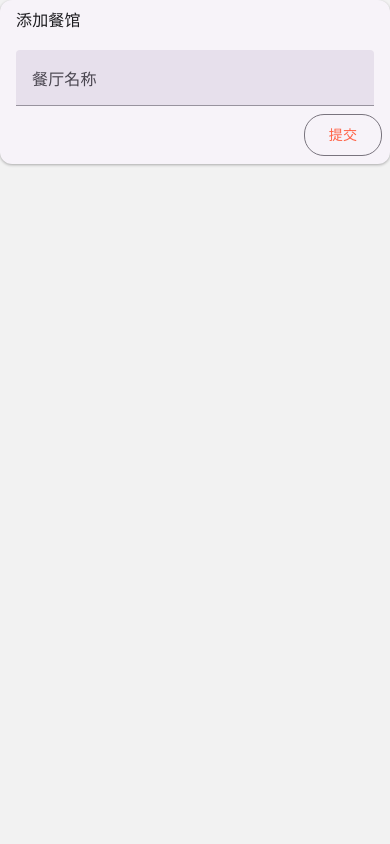
Repository: RidenShogunei/react-native-liveapp
Screen: /Add (app in LiveTool/)
These files come from the project's save history. The screen is drawn as it stood at one moment and after the next save; the edit follows.
The page's requests for data from a server got no answer. The app was drawn by React Native's web renderer in a window 390 px wide. The project was rebuilt for these pictures with package versions that can differ from the ones it lists, and the page was loaded fresh each time. No one was signed in, and anything a server would have sent is missing. Also part of the build but not shown: LiveTool/pages/chooseRestaurant.tsx.

Above is the screen before, as saved 2024-05-12 15:38:02.

### LiveTool/App.tsx
import React from 'react';
import {NavigationContainer} from '@react-navigation/native';
import {createStackNavigator} from '@react-navigation/stack';
import MainPage from './pages/mian';
import {PaperProvider} from 'react-native-paper';
import {MD3LightTheme as DefaultTheme} from 'react-native-paper';
import Res from './pages/chooseRestaurant';
import Add from './pages/add'
// 创建一个 Stack Navigator
const Stack = createStackNavigator();
const theme = {
  ...DefaultTheme,
  colors: {
    ...DefaultTheme.colors,
    primary: 'tomato',
    secondary: 'yellow',
  },
};
function App() {
  return (
    <PaperProvider theme={theme}>
      <NavigationContainer>
        <Stack.Navigator initialRouteName="Main">
          <Stack.Screen
            name="Main"
            component={MainPage}
            options={{headerShown: false}}
          />
          <Stack.Screen
            name="Res"
            component={Res}
            options={{headerShown: false}}
          />
           <Stack.Screen
            name="Add"
            component={Add}
            options={{headerShown: false}}
          />
        </Stack.Navigator>
      </NavigationContainer>
    </PaperProvider>
  );
}

export default App;

### LiveTool/pages/mian.tsx
import React, {useState, useEffect} from 'react';
import {View, Text, ScrollView, Dimensions, StyleSheet} from 'react-native';
import {Card, Button} from 'react-native-paper';
import {Picker} from '@react-native-picker/picker';
import { storeData, retrieveData } from '../api/getres';
const {width: viewportWidth} = Dimensions.get('window');

function MainPage({ navigation }) {
  const [weather, setWeather] = useState(null);
  const [city, setCity] = useState(101010100);
  useEffect(() => {
    fetch(
      `https://devapi.qweather.com/v7/weather/now?location=${city}&key=acfa15e64b854efcb254f98a8b29568e`,
    )
      .then(response => {
        console.log('Response status:', response.status);
        return response.json();
      })
      .then(data => {
        console.log('Weather data:', data);
        setWeather(data);
      })
      .catch(error => {
        console.error('Error fetching weather data:', error);
      });
  }, [city]);
  useEffect(() => {
    (async () => {
      const getthing = await retrieveData();
        await storeData();

    })();
  }, []);
  return (
    <ScrollView contentContainerStyle={{flexGrow: 1}}>
      <ScrollView
        horizontal
        pagingEnabled
        showsHorizontalScrollIndicator={false}
        contentContainerStyle={{
          alignItems: 'center',
          justifyContent: 'center',
        }}>
        {weather && (
          <Card style={{width: viewportWidth}}>
            <Card.Content>
              <Text style={styles.text}>实时天气</Text>
              <Picker
                selectedValue={city}
                style={{
                  height: 50,
                  width: 120,
                  borderWidth: 1,
                  borderColor: '#000',
                  shadowColor: '#000',
                  shadowOffset: {width: 0, height: 2},
                  shadowOpacity: 0.8,
                  shadowRadius: 2,
                  elevation: 1,
                }}
                onValueChange={(itemValue, itemIndex) => setCity(itemValue)}>
                <Picker.Item label="北京" value="101010100" />
                <Picker.Item label="上海" value="101020100" />
                <Picker.Item label="嘉定" value="101020500" />
                {/* 更多城市省略... */}
              </Picker>
              <Text>{`Temperature: ${weather.now.temp}度`}</Text>
              <Text>{`Feels Like: ${weather.now.feelsLike}度`}</Text>
              <Text>{`Weather: ${weather.now.text}`}</Text>
              <Text>{`Wind Direction: ${weather.now.windDir}`}</Text>
              <Text>{`Wind Scale: ${weather.now.windScale}级`}</Text>
            </Card.Content>
          </Card>
        )}
      </ScrollView>

      <View>
        <Card style={{margin: 10}}>
          <Card.Content>
            <Text style={styles.text}>随机餐馆{'\n'}</Text>
            <Button
              mode="contained"
              onPress={() => navigation.navigate('Res')}>
              Press me
            </Button>
          </Card.Content>
        </Card>
        <Card style={{margin: 10}}>
          <Card.Content>
            <Text style={styles.text}>添加餐馆{'\n'}</Text>
            <Button
              mode="contained"
              onPress={() => navigation.navigate('Add')}>
              Press me
            </Button>
          </Card.Content>
        </Card>
        <Card style={{margin: 10}}>
          <Card.Content>
            <Text style={styles.text}>餐馆详情{'\n'}</Text>
            <Button
              mode="contained"
              onPress={() => console.log('Button pressed')}>
              Press me
            </Button>
          </Card.Content>
        </Card>
        {/* 更多的 Card... */}
      </View>
    </ScrollView>
  );
}
const styles = StyleSheet.create({
  container: {
    flex: 1,
    backgroundColor: '#fff',
    alignItems: 'center',
    justifyContent: 'center',
  },
  text: {
    textAlign: 'center',
    fontSize: 20,
  },
});
export default MainPage;

### LiveTool/pages/add.tsx
import React, { useState } from 'react';
import { Card, Button, TextInput } from 'react-native-paper';
import { addRestaurant } from '../api/getres'; // 引入你的api

function AddRestaurant() {
  const [name, setName] = useState('');

  const handleSubmit = async () => {
    try {
      await addRestaurant(name);
      // 清除输入框的内容
      setName('');
    } catch (error) {
      console.error(error);
    }
  }

  return (
    <Card>
      <Card.Title title="添加餐馆" />
      <Card.Content>
        <TextInput
          label="餐厅名称"
          value={name}
          onChangeText={setName}
        />
      </Card.Content>
      <Card.Actions>
        <Button onPress={handleSubmit}>提交</Button>
      </Card.Actions>
    </Card>
  )
}

export default AddRestaurant;

### LiveTool/api/getres.ts
import AsyncStorage from "@react-native-async-storage/async-storage";

export const storeData = async () => {
    try {
        const restaurants = [
            'KFC',
            'MacDonalds',
            'Burger King',
            '塔克星',
            '面霸',
            '小样',
            '小食堂',
            "大食堂",
            "杨国福",
            "希食东"
        ];
        await AsyncStorage.setItem('restaurants', JSON.stringify(restaurants));
    } catch (error) {
        // Error saving data
        console.log(error);
    }
};

export const retrieveData = async () => {
    try {
        const value = await AsyncStorage.getItem('restaurants');
        if (value !== null) {
            // Our data is fetched successfully
            return JSON.parse(value);
        }
        return null;
    } catch (error) {
        // Error retrieving data
        console.log(error);
        return null;
    }
};

export const addRestaurant = async (newRestaurant: string) => {
    try {
        // 获取当前的餐厅列表
        const currentData = await AsyncStorage.getItem('restaurants');
        let restaurants: string[] = currentData ? JSON.parse(currentData) : [];

        // 添加新的餐厅
        restaurants.push(newRestaurant);

        // 存储更新后的餐厅列表
        await AsyncStorage.setItem('restaurants', JSON.stringify(restaurants));
    } catch (error) {
        console.log(error);
    }
};

After the next save:
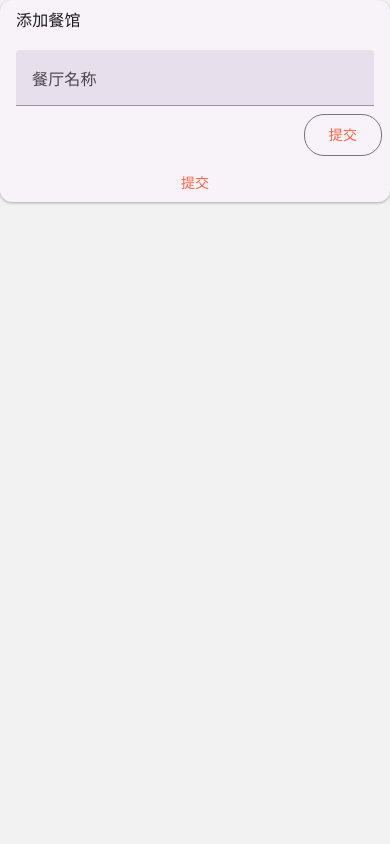
Saved 76 s later.
--- a/LiveTool/pages/add.tsx
+++ b/LiveTool/pages/add.tsx
@@ -28,6 +28,7 @@ function AddRestaurant() {
       <Card.Actions>
         <Button onPress={handleSubmit}>提交</Button>
       </Card.Actions>
+      <Button onPress={handleSubmit}>提交</Button>
     </Card>
   )
 }
